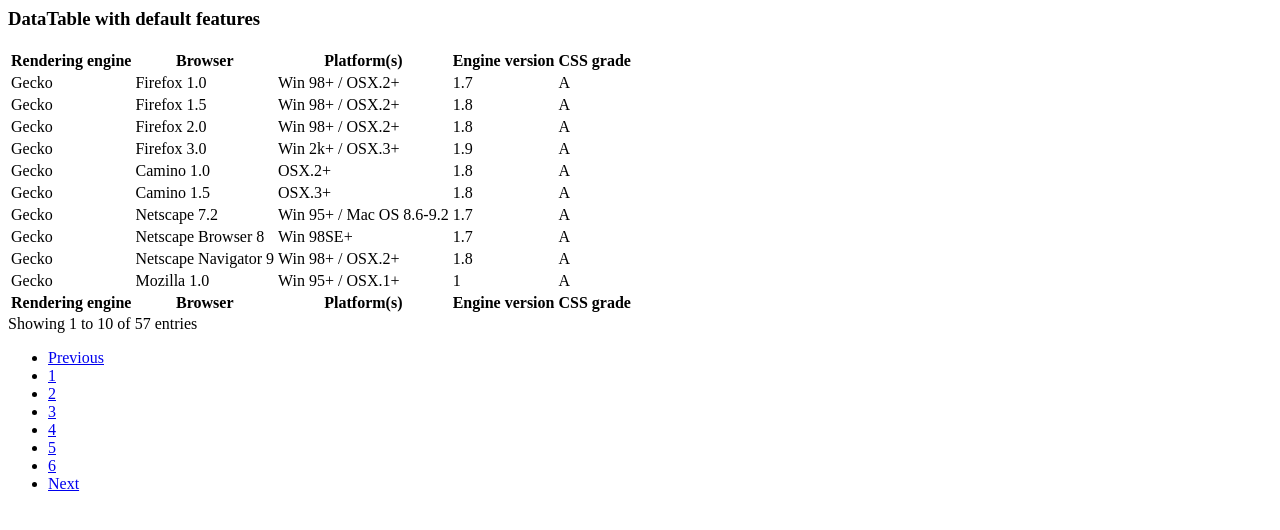
Repository: gw9955/eGov
Page: http://localhost/egovProj/WEB-INF/views/book/list.jsp
An editor plug-in stored every save of this project. The page is shown before and after the next save, followed by the edit.
The browser window is 1280 px wide. The pictures show the whole page.
The page is served by Tomcat 9. Nobody is signed in. The template is opened directly, without the code that normally fills it, so the values that code supplies are empty.

Above is the page before, as saved 2022-11-11 07:39:24.

After the next save:
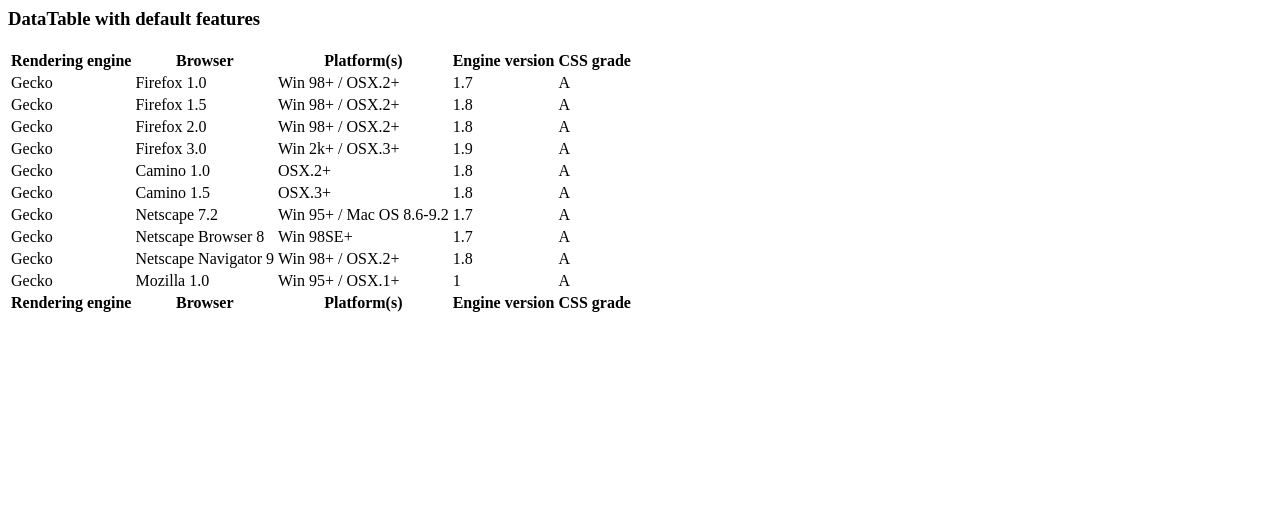
Saved 18 min 45 s later.
--- a/egovProj/src/main/webapp/WEB-INF/views/book/list.jsp
+++ b/egovProj/src/main/webapp/WEB-INF/views/book/list.jsp
@@ -118,43 +118,43 @@
 					</table>
 				</div>
 			</div>
-			<div class="row">
-				<div class="col-sm-12 col-md-5">
-					<div class="dataTables_info" id="example1_info" role="status"
-						aria-live="polite">Showing 1 to 10 of 57 entries</div>
-				</div>
-				<div class="col-sm-12 col-md-7">
-					<div class="dataTables_paginate paging_simple_numbers"
-						id="example1_paginate">
-						<ul class="pagination">
-							<li class="paginate_button page-item previous disabled"
-								id="example1_previous"><a href="#" aria-controls="example1"
-								data-dt-idx="0" tabindex="0" class="page-link">Previous</a></li>
-							<li class="paginate_button page-item active"><a href="#"
-								aria-controls="example1" data-dt-idx="1" tabindex="0"
-								class="page-link">1</a></li>
-							<li class="paginate_button page-item "><a href="#"
-								aria-controls="example1" data-dt-idx="2" tabindex="0"
-								class="page-link">2</a></li>
-							<li class="paginate_button page-item "><a href="#"
-								aria-controls="example1" data-dt-idx="3" tabindex="0"
-								class="page-link">3</a></li>
-							<li class="paginate_button page-item "><a href="#"
-								aria-controls="example1" data-dt-idx="4" tabindex="0"
-								class="page-link">4</a></li>
-							<li class="paginate_button page-item "><a href="#"
-								aria-controls="example1" data-dt-idx="5" tabindex="0"
-								class="page-link">5</a></li>
-							<li class="paginate_button page-item "><a href="#"
-								aria-controls="example1" data-dt-idx="6" tabindex="0"
-								class="page-link">6</a></li>
-							<li class="paginate_button page-item next" id="example1_next"><a
-								href="#" aria-controls="example1" data-dt-idx="7" tabindex="0"
-								class="page-link">Next</a></li>
-						</ul>
-					</div>
-				</div>
-			</div>
+<!-- 			<div class="row"> -->
+<!-- 				<div class="col-sm-12 col-md-5"> -->
+<!-- 					<div class="dataTables_info" id="example1_info" role="status" -->
+<!-- 						aria-live="polite">Showing 1 to 10 of 57 entries</div> -->
+<!-- 				</div> -->
+<!-- 				<div class="col-sm-12 col-md-7"> -->
+<!-- 					<div class="dataTables_paginate paging_simple_numbers" -->
+<!-- 						id="example1_paginate"> -->
+<!-- 						<ul class="pagination"> -->
+<!-- 							<li class="paginate_button page-item previous disabled" -->
+<!-- 								id="example1_previous"><a href="#" aria-controls="example1" -->
+<!-- 								data-dt-idx="0" tabindex="0" class="page-link">Previous</a></li> -->
+<!-- 							<li class="paginate_button page-item active"><a href="#" -->
+<!-- 								aria-controls="example1" data-dt-idx="1" tabindex="0" -->
+<!-- 								class="page-link">1</a></li> -->
+<!-- 							<li class="paginate_button page-item "><a href="#" -->
+<!-- 								aria-controls="example1" data-dt-idx="2" tabindex="0" -->
+<!-- 								class="page-link">2</a></li> -->
+<!-- 							<li class="paginate_button page-item "><a href="#" -->
+<!-- 								aria-controls="example1" data-dt-idx="3" tabindex="0" -->
+<!-- 								class="page-link">3</a></li> -->
+<!-- 							<li class="paginate_button page-item "><a href="#" -->
+<!-- 								aria-controls="example1" data-dt-idx="4" tabindex="0" -->
+<!-- 								class="page-link">4</a></li> -->
+<!-- 							<li class="paginate_button page-item "><a href="#" -->
+<!-- 								aria-controls="example1" data-dt-idx="5" tabindex="0" -->
+<!-- 								class="page-link">5</a></li> -->
+<!-- 							<li class="paginate_button page-item "><a href="#" -->
+<!-- 								aria-controls="example1" data-dt-idx="6" tabindex="0" -->
+<!-- 								class="page-link">6</a></li> -->
+<!-- 							<li class="paginate_button page-item next" id="example1_next"><a -->
+<!-- 								href="#" aria-controls="example1" data-dt-idx="7" tabindex="0" -->
+<!-- 								class="page-link">Next</a></li> -->
+<!-- 						</ul> -->
+<!-- 					</div> -->
+<!-- 				</div> -->
+<!-- 			</div> -->
 		</div>
 	</div>
 </div>
